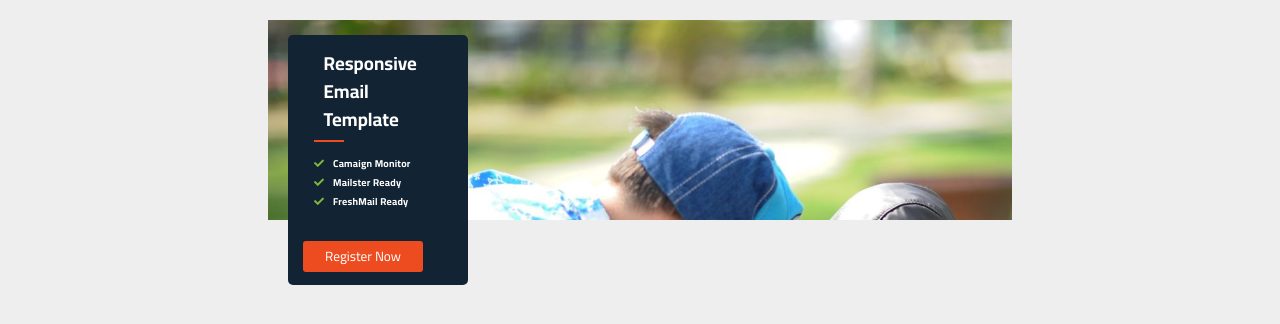
Repository: Z-ayat/Challenges
Page: Challenge 3/index.html
These files come from the project's save history. The page is drawn as it stood at one moment and after the next save; the edit follows.
The browser window is 1280 px wide. The pictures show the whole page.

Above is the page before, as saved 2021-09-04 01:10:26.

### Challenge 3/index.html
<!DOCTYPE html>
<html lang="en">

<head>
    <meta charset="UTF-8">
    <title>Responsive Mail</title>
    <link rel="stylesheet" href="styling/css/master.css">
    <link rel="stylesheet" href="styling/css/all.min.css">
    <link rel="preconnect" href="https://fonts.googleapis.com">
    <link rel="preconnect" href="https://fonts.gstatic.com" crossorigin>
    <link href="https://fonts.googleapis.com/css2?family=Cairo:wght@400;600;700;900&display=swap" rel="stylesheet">
</head>

<body>
    <div class="layout">
        <div class="header">
            <div class="pop">
                <h3>Responsive Email Template</h3>
                <div class="checked">
                    <p class="green-right">Camaign Monitor</p>
                    <p class="green-right">Mailster Ready</p>
                    <p class="green-right">FreshMail Ready</p>
                </div>
                <button class="reg">Register Now</button>
            </div>
        </div>
        <div class="nthere">
            <div class="bord"></div>
        </div>
        <div class="cards">
            <div class="one"></div>
            <div class="two"></div>
            <div class="three"></div>
        </div>
        <div class="foot"><img src="" alt=""></div>
    </div>
</body>

</html>

### Challenge 3/styling/css/master.css
* {
    padding: 0;
    margin: 0;
    box-sizing: border-box;
}

:root {
    --maincolor: #122333;
    --secondrycolor: #ED4C21;
    --fontcolor: white;
    /* --anothercolor:; */
    --mainfont: 'Cairo', sans-serif;
}

h3 {
    width: 124px;
    font-family: var(--mainfont);
    color: var(--fontcolor);
}

.layout {
    padding: 20px;
    display: grid;
    gap: 10px;
    grid-template-rows: auto repeat(4, 1fr) auto;
    grid-template-columns: auto 60% auto;
    height: 100vh;
}

div {
    background-color: #eee;
}

.header {
    position: relative;
    grid-column-start: 2;
    width: 100%;
    height: 200px;
    background: url(../img/images-24_1080x.jpg);
    background-repeat: no-repeat;
    background-size: cover;
    filter: drop-shadow();
    -webkit-filter: drop-shadow();
}

.green-right {
    position: relative;
    margin-left: 30px;
    font-size: 10px;
    font-weight: bold;
    letter-spacing: 0.23px;
    color: var(--fontcolor);
    font-family: var(--mainfont);
}

.checked {
    margin-top: 20px;
    background-color: var(--maincolor);
}

.pop {
    position: absolute;
    left: 20px;
    top: 15px;
    padding-top: 5px;
    padding-left: 15px;
    border-radius: 5px;
    width: 180px;
    height: 250px;
    background-color: var(--maincolor);
    -webkit-border-radius: 5px;
    -moz-border-radius: 5px;
    -ms-border-radius: 5px;
    -o-border-radius: 5px;
}

.pop h3 {
    line-height: 1.5;
    position: relative;
    margin: 10px auto;
}

.pop h3::after {
    position: absolute;
    content: "";
    height: 2px;
    width: 30px;
    bottom: -8px;
    left: -10px;
    background-color: var(--secondrycolor);
}

.green-right::before {
    position: absolute;
    top: 4px;
    display: block;
    left: -19px;
    float: left;
    color: #81B73E;
    font-family: "Font Awesome 5 Free";
    font-weight: 900;
    content: "\f00c";
}

.green-right::before {
    display: inline-block;
    font-style: normal;
    font-variant: normal;
    text-rendering: auto;
    -webkit-font-smoothing: antialiased;
}

.reg {
    padding: 3px;
    width: 120px;
    color: var(--fontcolor);
    background-color: var(--secondrycolor);
    outline: none;
    border: none;
    border-radius: 3px;
    margin: 30px 0 20px 0px;
    font-family: var(--mainfont);
    -webkit-border-radius: 3px;
    -moz-border-radius: 3px;
    -ms-border-radius: 3px;
    -o-border-radius: 3px;
}

Loaded but not shown: Challenge 3/styling/css/all.min.css (library)

After the next save:
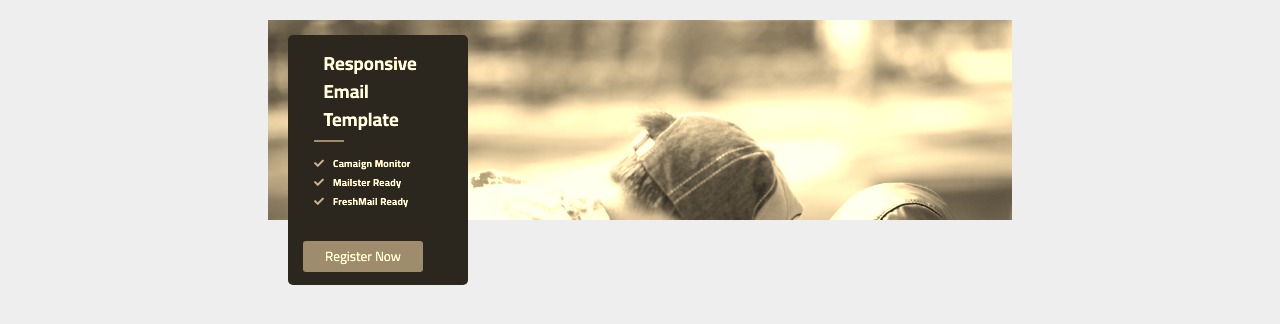
Saved 8 s later.
--- a/Challenge 3/styling/css/master.css
+++ b/Challenge 3/styling/css/master.css
@@ -39,8 +39,8 @@
     background: url(../img/images-24_1080x.jpg);
     background-repeat: no-repeat;
     background-size: cover;
-    filter: drop-shadow();
-    -webkit-filter: drop-shadow();
+    filter: sepia();
+    -webkit-filter: sepia();
 }
 
 .green-right {

After the 4 saves that followed:
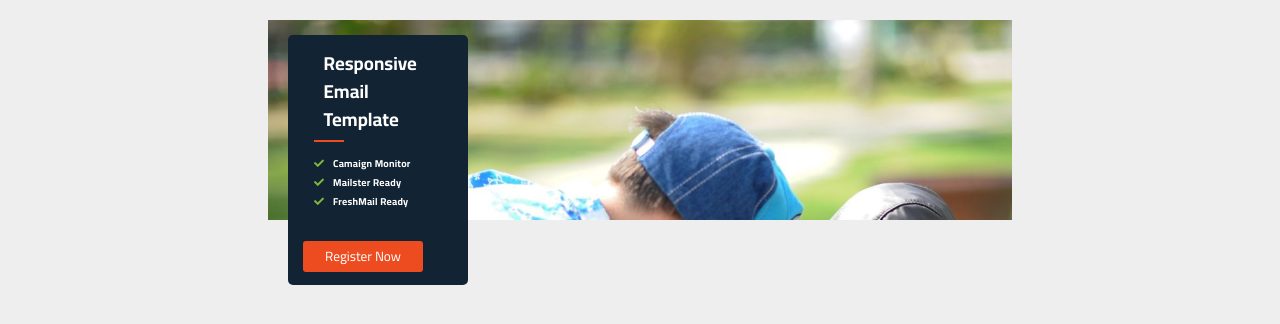
The 4 saves are shown as one change because 3 left the picture as it was.
The last was saved 79 s later.
--- a/Challenge 3/styling/css/master.css
+++ b/Challenge 3/styling/css/master.css
@@ -39,8 +39,14 @@
     background: url(../img/images-24_1080x.jpg);
     background-repeat: no-repeat;
     background-size: cover;
-    filter: sepia();
-    -webkit-filter: sepia();
+}
+
+.header::after {
+    height: 100%;
+    width: 100%;
+    position: absolute;
+    left: 0;
+    top: 0;
 }
 
 .green-right {
